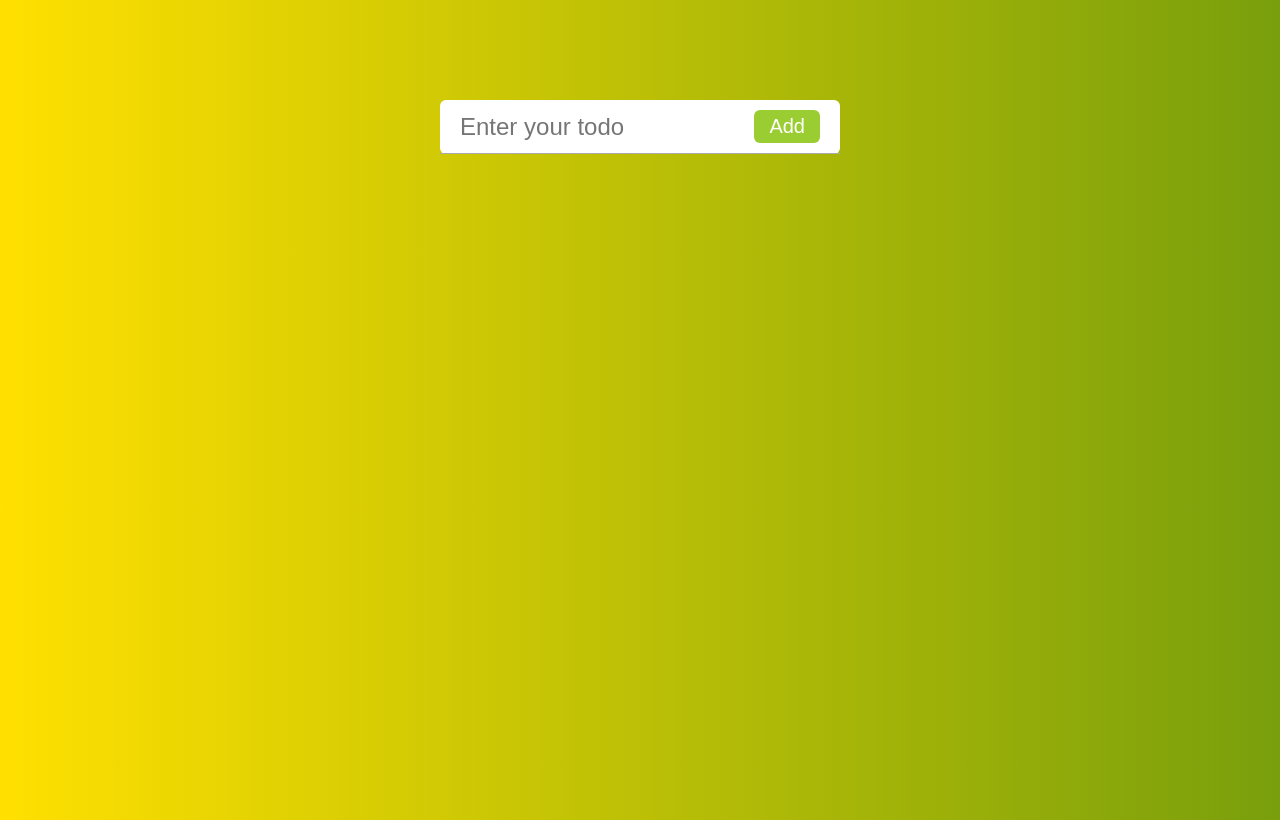
Repository: HoanTiny/30projects-30day
Page: Day 10/index.html
The author's editor kept a copy of each file at every save. The page is drawn from the files as they stood at one save, then again after the next save.
The browser window is 1280 px wide. The pictures show the whole page.

Above is the page before, as saved 2021-12-10 20:45:24.

After the next save:
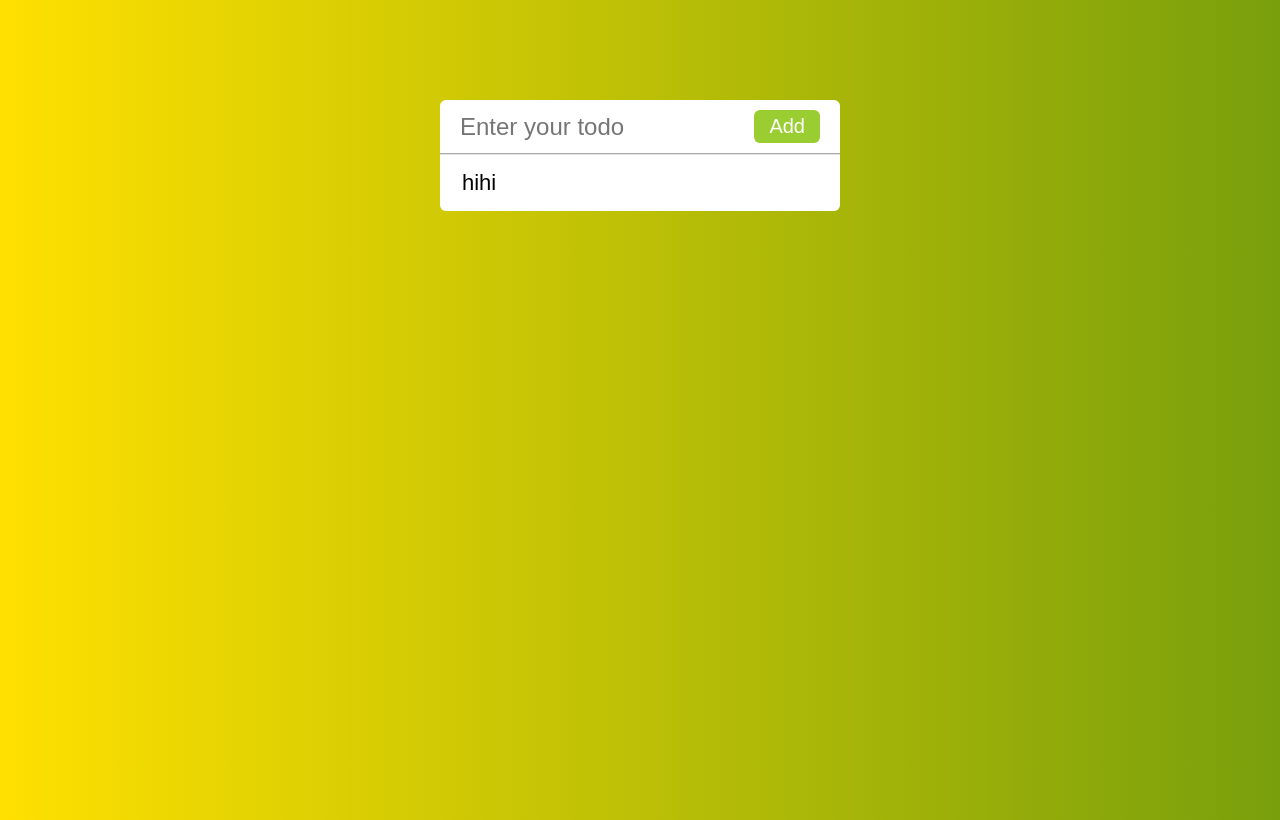
Saved 41 s later.
--- a/Day 10/app.js
+++ b/Day 10/app.js
@@ -1,7 +1,7 @@
 var $ = document.querySelector.bind(document);
 var $$ = document.querySelectorAll.bind(document);
 
-var todoLists = [];
+var todoLists = ["hihi"];
 const input = $("input");
 var todo = $(".todos");
 const form = $("form");
